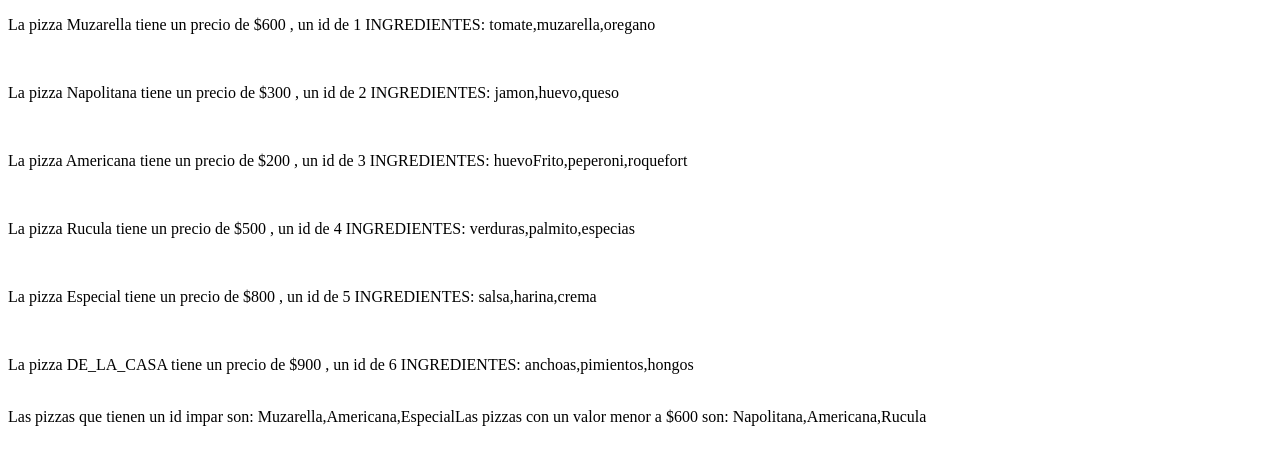
Repository: lucas-itup/E1-JAVASCRIPT
Page: index.html
The author's editor kept a copy of each file at every save. The page is drawn from the files as they stood at one save, then again after the next save.
The browser window is 1280 px wide. The pictures show the whole page.

Above is the page before, as saved 2022-08-15 18:53:34.

After the next save:
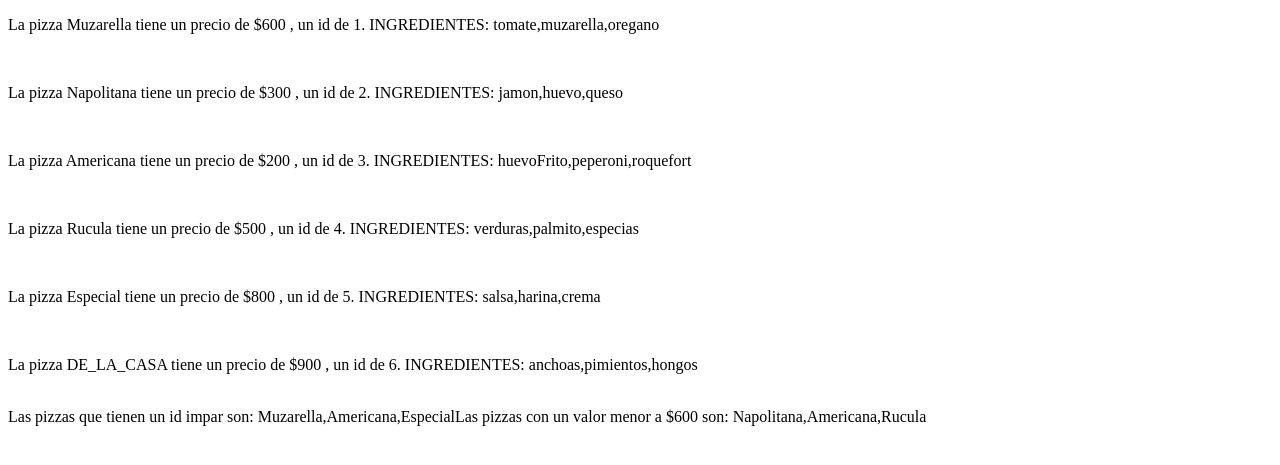
Saved 30 s later.
--- a/assets/index.js
+++ b/assets/index.js
@@ -61,7 +61,7 @@ pizzas.forEach(function pizza(e, i, array) {
     if (e.precio < "600") menores.push(e.nombre)
 
     console.log('La pizza ' + e.nombre + ' tiene un precio de $' + e.precio + ' , un id de ' + e.id + '. INGREDIENTES: ' + e.ingredientes.join())
-    listado.innerHTML += '<p>La pizza ' + e.nombre + ' tiene un precio de $' + e.precio + ' , un id de ' + e.id + ' INGREDIENTES: ' + e.ingredientes.join() + '</p><br>'
+    listado.innerHTML += '<p>La pizza ' + e.nombre + ' tiene un precio de $' + e.precio + ' , un id de ' + e.id + '. INGREDIENTES: ' + e.ingredientes.join() + '</p><br>'
 })
 
 console.log('Las pizzas que tienen un id impar son: ' + impares.join());
